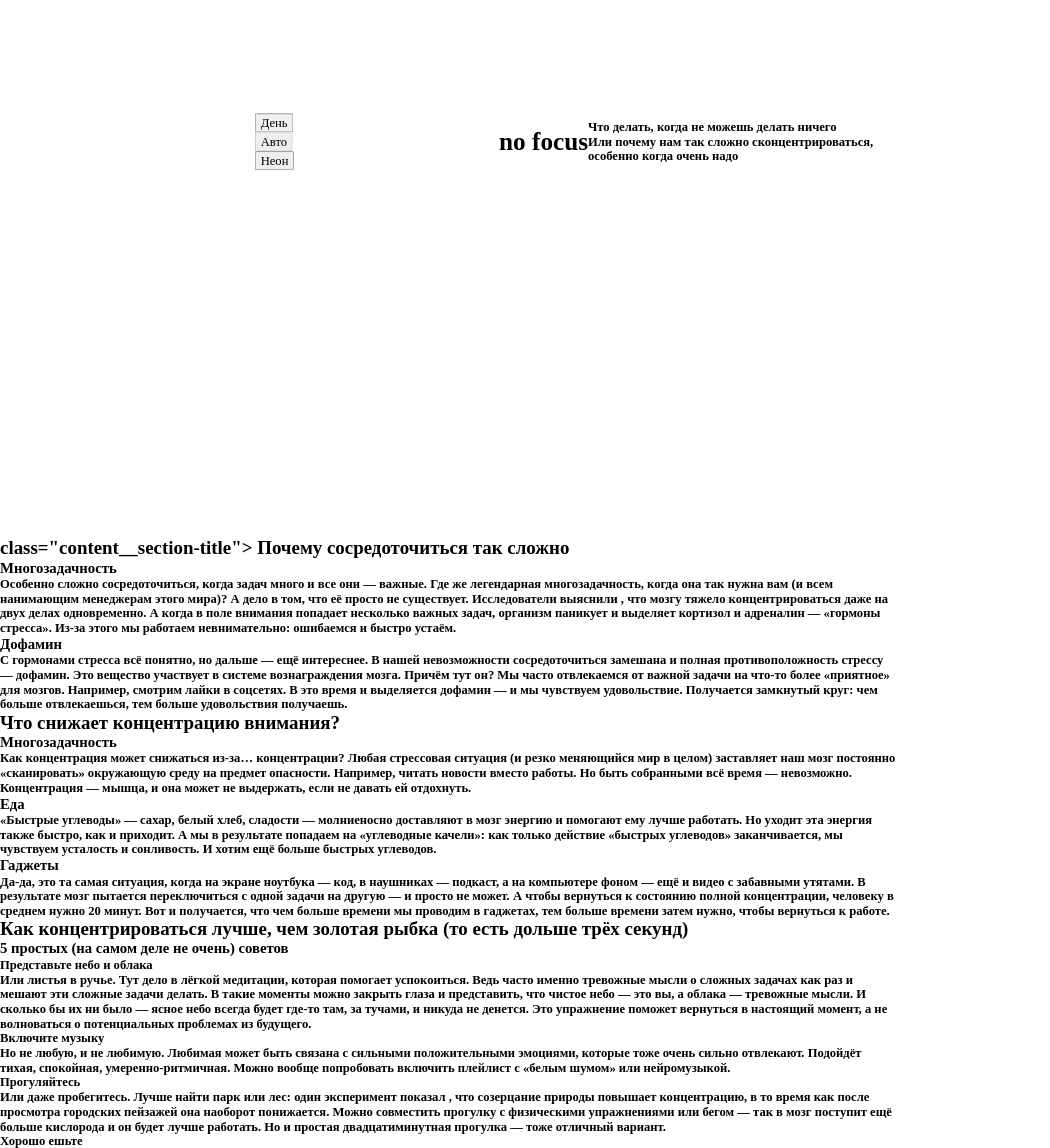
Repository: NikWolf75/slozhno-sosredotochitsya-fd
Page: index.html
These files come from the project's save history. The page is drawn as it stood at one moment and after the next save; the edit follows.
The browser window is 1280 px wide. The page is 1500 px wide, so the pictures cover 1500 px, including what lies to the right of the window. The pictures show the part of the page from y = 0 to 1640 px (the page is 4833 px tall), at 70% of full size.

Above is the page before, as saved 2025-02-26 11:45:24.

### index.html
<!DOCTYPE html>
<html lang="ru">
  <head>
    <meta charset="UTF-8" />
    <meta http-equiv="X-UA-Compatible" content="IE=edge" />
    <meta name="viewport" content="width=device-width, initial-scale=1.0" />
    <meta name="color-scheme" content="dark light" />
    <link rel="stylesheet" href=".fonts/fonts.css" />
    <link rel="stylesheet" href=".styles/globals.css" />
    <link rel="stylesheet" href="./styles/variables.css" />
    <link rel="stylesheet" href="./styles/style.css" />
    <link rel="stylesheet" href="./styles/dark.css" />
    <link rel="stylesheet" href="./styles/light.css" />
    <link rel="icon" href="image/favicon.ico" />
    <title>Сложно сосредоточиться</title>
    <script src="./scripts/script.js"></script>
  </head>
  <body class="page">
    <div class="rec_element" aria-hidden="true"></div>
    <header class="header decorated-zone">
      <nav class="header__theme-menu">
        <ul class="header__theme-menu-list">
          <li class="header__theme-menu-item">
            <button
              class="header__theme-menu-button header__theme-menu-button_type_light"
            >
              День
            </button>
          </li>
          <li class="header__theme-menu-item">
            <button
              class="header__theme-menu-button header__theme-menu-button_active header__theme-menu-button_type_auto"
              disabled
            >
              Авто
            </button>
          </li>
          <li class="header__theme-menu-item">
            <button
              class="header__theme-menu-button header__theme-menu-button_type_dark"
            >
              Неон
            </button>
          </li>
        </ul>
      </nav>
      <h1 class="header__title">no focus</h1>
      <div class="header__undertitle title-decor">
        <p>Что делать, когда не можешь делать ничего</p>
        <p>
          Или почему нам так сложно сконцентрироваться, особенно когда очень
          надо
        </p>
      </div>
    </header>
    <main class="content">
      <section class="content__section content__why">
        <h2>
          class="content__section-title"> Почему сосредоточиться так сложно
        </h2>
        <article class="content__section-text_block">
          <h3 class="content__section-text_block-undertitle title-decor">
            Многозадачность
          </h3>
          <p class="content__section-text_block-text">
            Особенно сложно сосредоточиться, когда задач много и все они —
            важные. Где же легендарная многозадачность, когда она так нужна вам
            (и всем нанимающим менеджерам этого мира)? А дело в том, что её
            просто не существует. Исследователи выяснили , что мозгу тяжело
            концентрироваться даже на двух делах одновременно. А когда в поле
            внимания попадает несколько важных задач, организм паникует и
            выделяет кортизол и адреналин — «гормоны стресса». Из-за этого мы
            работаем невнимательно: ошибаемся и быстро устаём.
          </p>
        </article>
        <article class="content__section-text_block">
          <h3 class="content__section-text_block-undertitle title-decor">
            Дофамин
          </h3>
          <p class="content__section-text_block-text">
            С гормонами стресса всё понятно, но дальше — ещё интереснее. В нашей
            невозможности сосредоточиться замешана и полная противоположность
            стрессу — дофамин. Это вещество участвует в системе вознаграждения
            мозга. Причём тут он? Мы часто отвлекаемся от важной задачи на
            что-то более «приятное» для мозгов. Например, смотрим лайки в
            соцсетях. В это время и выделяется дофамин — и мы чувствуем
            удовольствие. Получается замкнутый круг: чем больше отвлекаешься,
            тем больше удовольствия получаешь.
          </p>
        </article>
      </section>
      <section class="content__section content__what">
        <h2 class="content__section-title">
          Что снижает концентрацию внимания?
        </h2>
        <article class="content__section-text_block">
          <h3 class="content__section-text_block">Многозадачность</h3>
          <p class="content__section-item-text">
            Как концентрация может снижаться из-за… концентрации? Любая
            стрессовая ситуация (и резко меняющийся мир в целом) заставляет наш
            мозг постоянно «сканировать» окружающую среду на предмет опасности.
            Например, читать новости вместо работы. Но быть собранными всё время
            — невозможно. Концентрация — мышца, и она может не выдержать, если
            не давать ей отдохнуть.
          </p>
        </article>
        <article class="content__section-text_block">
          <h3 class="content__section-text_block-undertitle title-decor">
            Еда
          </h3>
          <p class="content__section-text_block-text">
            «Быстрые углеводы» — сахар, белый хлеб, сладости — молниеносно
            доставляют в мозг энергию и помогают ему лучше работать. Но уходит
            эта энергия также быстро, как и приходит. А мы в результате попадаем
            на «углеводные качели»: как только действие «быстрых углеводов»
            заканчивается, мы чувствуем усталость и сонливость. И хотим ещё
            больше быстрых углеводов.
          </p>
        </article>
        <article class="content__section-text_block">
          <h3 class="content__section-text_block-undertitle title-decor">
            Гаджеты
          </h3>
          <p class="content__section-text_block-text">
            Да-да, это та самая ситуация, когда на экране ноутбука — код, в
            наушниках — подкаст, а на компьютере фоном — ещё и видео с забавными
            утятами. В результате мозг пытается переключиться с одной задачи на
            другую — и просто не может. А чтобы вернуться к состоянию полной
            концентрации, человеку в среднем нужно 20 минут. Вот и получается,
            что чем больше времени мы проводим в гаджетах, тем больше времени
            затем нужно, чтобы вернуться к работе.
          </p>
        </article>
      </section>
      <section class="content__section content_how">
        <h2 class="content__section-title">
          Как концентрироваться лучше, чем золотая рыбка (то есть дольше трёх
          секунд)
        </h2>
        <article class="content__section-text_block">
          <h3
            class="content__section-text_block-undertitle tips-undertitle title-decor"
          >
            5 простых (на самом деле не очень) советов
          </h3>
          <h4 class="content__section-text_block-undertitle tips-undertitle">
            Представьте небо и облака
          </h4>
          <p class="content__section-text_block-text">
            Или листья в ручье. Тут дело в лёгкой медитации, которая помогает
            успокоиться. Ведь часто именно тревожные мысли о сложных задачах как
            раз и мешают эти сложные задачи делать. В такие моменты можно
            закрыть глаза и представить, что чистое небо — это вы, а облака —
            тревожные мысли. И сколько бы их ни было — ясное небо всегда будет
            где-то там, за тучами, и никуда не денется. Это упражнение поможет
            вернуться в настоящий момент, а не волноваться о потенциальных
            проблемах из будущего.
          </p>
        </article>
        <article class="content__section-text_block">
          <h4 class="content__section-text_block-undertitle title-decor">
            Включите музыку
          </h4>
          <p class="content__section-text_block-text">
            Но не любую, и не любимую. Любимая может быть связана с сильными
            положительными эмоциями, которые тоже очень сильно отвлекают.
            Подойдёт тихая, спокойная, умеренно-ритмичная. Можно вообще
            попробовать включить плейлист с «белым шумом» или нейромузыкой.
          </p>
        </article>
        <article class="content__section-text_block">
          <h4 class="content__section-text_block-undertitle title-decor">
            Прогуляйтесь
          </h4>
          <p class="content__section-text_block-text">
            Или даже пробегитесь. Лучше найти парк или лес: один эксперимент
            показал , что созерцание природы повышает концентрацию, в то время
            как после просмотра городских пейзажей она наоборот понижается.
            Можно совместить прогулку с физическими упражнениями или бегом — так
            в мозг поступит ещё больше кислорода и он будет лучше работать. Но и
            простая двадцатиминутная прогулка — тоже отличный вариант.
          </p>
        </article>
        <article class="content__section-text_block">
          <h4 class="content__section-text_block-undertitle title-decor">
            Хорошо ешьте
          </h4>
          <p class="content__section-text_block-text">
            Мы — не ваша бабушка, но это правда важно. Выбирайте продукты,
            которые препятствуют резким скачкам сахара в крови. Например, с
            высоким содержанием клетчатки: овощи, ягоды, бобовые (нут, чечевица,
            фасоль), коричневый рис, хлеб из цельнозерновой пшеницы.
          </p>
        </article>
        <article class="content__section-text_block">
          <h4 class="content__section-text_block-undertitle title-decor">
            Читайте
          </h4>
          <p class="content__section-text_block-text">
            Настоящие бумажные книги. Это правда помогает с концентрацией: чтобы
            прочитать пост в соцсети, достаточно нескольких минут или даже
            секунд. А вот интересная книга способна затянуть и на несколько
            часов и круто тренирует направленное внимание.
          </p>
        </article>
      </section>
      <section class="content__section content__gallery">
        <h2 class="content__section-text_block-undertitle title-decor">
          А можно в картинках?
        </h2>
        <div class="content_section-images_gallery">
          <img
            class="content__section-image"
            src="./images/sunset.png"
            alt="Вид острова на закате"
            loading="lazy"
          />
          <img
            class="content__section-image"
            src="./images/ice-cream.png"
            alt="Чаша с мороженным"
            loading="lazy"
          />
          <img
            class="content__section-image"
            src="./images/tape.png"
            alt="Кассета"
            loading="lazy"
          />
          <img
            class="content__section-image"
            src="./images/books.png"
            alt="Стопка книг"
            loading="lazy"
          />
          <img
            class="content__section-image"
            src="./images/street.png"
            alt="Улица"
            loading="lazy"
          />
        </div>
      </section>
    </main>
    <footer class="footer decorated-zone">
      <h2 class="footer_title">focus</h2>
    </footer>
  </body>
</html>

### styles/style.css
.page {
  display: flex;
  flex-direction: column;
  font-family: var(--main-font, 'IBM Plex mono') monospace;
  font-size: 18px;
  block-size: min-content;
  position: relative;
  font-weight: 700;
  background-color: var(--main-background-color);
  background-image: var(--main-background-image);
  background-repeat: no-repeat;
  background-attachment: fixed;
  background-position: center;
  background-size: cover;
 }

 .header {
  display: grid;
  grid-template-columns: repeat(3, 1fr);
  grid-template-rows: 1fr min-content 1fr;
  justify-items: end;
  align-items: center;
  position: relative;
  block-size: max(668px, 100vh);
 }

 @media (width >= 768px) {
    .header {
      block-size: max(1024px, 100vh);
      padding: 20px 20px 20px 0;
    }
 }

 @media (width >= 1024px) {
  .header {
    block-size: max(768px, 100vh);
  }
}

.header__title {
  font-size: ;
}

### scripts/script.js
(function initTheme() {
  const theme = localStorage.getItem('theme');
  if (theme) {
    setTheme(theme);
  }
})();

document.addEventListener('DOMContentLoaded', () => {
  const currentTheme = [...document.documentElement.classList]
    .find((cn) => cn.startsWith('theme-'))
    ?.replace('theme-', '');
  const themeButtons = [
    ...document.querySelectorAll('.header__theme-menu-button'),
  ];
  setActiveButton(themeButtons, currentTheme);

  themeButtons.forEach((button) => {
    button.addEventListener('click', () => {
      const chosenTheme = [...button.classList]
        .find((cn) => cn.includes('_type_'))
        .split('_type_')[1];
      setTheme(chosenTheme);
      setActiveButton(themeButtons, chosenTheme);
    });
  });
});

function setTheme(theme) {
  document.documentElement.className = '';
  document.documentElement.classList.add(`theme-${theme}`);
  localStorage.setItem('theme', theme);
}

function setActiveButton(buttonsArray, theme) {
  buttonsArray.forEach((button) => {
    button.classList.remove('header__theme-menu-button_active');
    button.removeAttribute('disabled');
  });
  const target = buttonsArray.find((button) =>
    button.classList.contains(`header__theme-menu-button_type_${theme}`)
  );
  if (target) {
    target.classList.add('header__theme-menu-button_active');
    target.setAttribute('disabled', true);
  } else {
    const autoButton = document.querySelector(
      '.header__theme-menu-button_type_auto'
    );
    autoButton.classList.add('header__theme-menu-button_active');
    autoButton.setAttribute('disabled', true);
  }
}

Loaded but not shown: fonts/fonts.css (common file); styles/globals.css (common file); styles/variables.css (common file); styles/dark.css (common file); styles/light.css (common file)

After the next save:
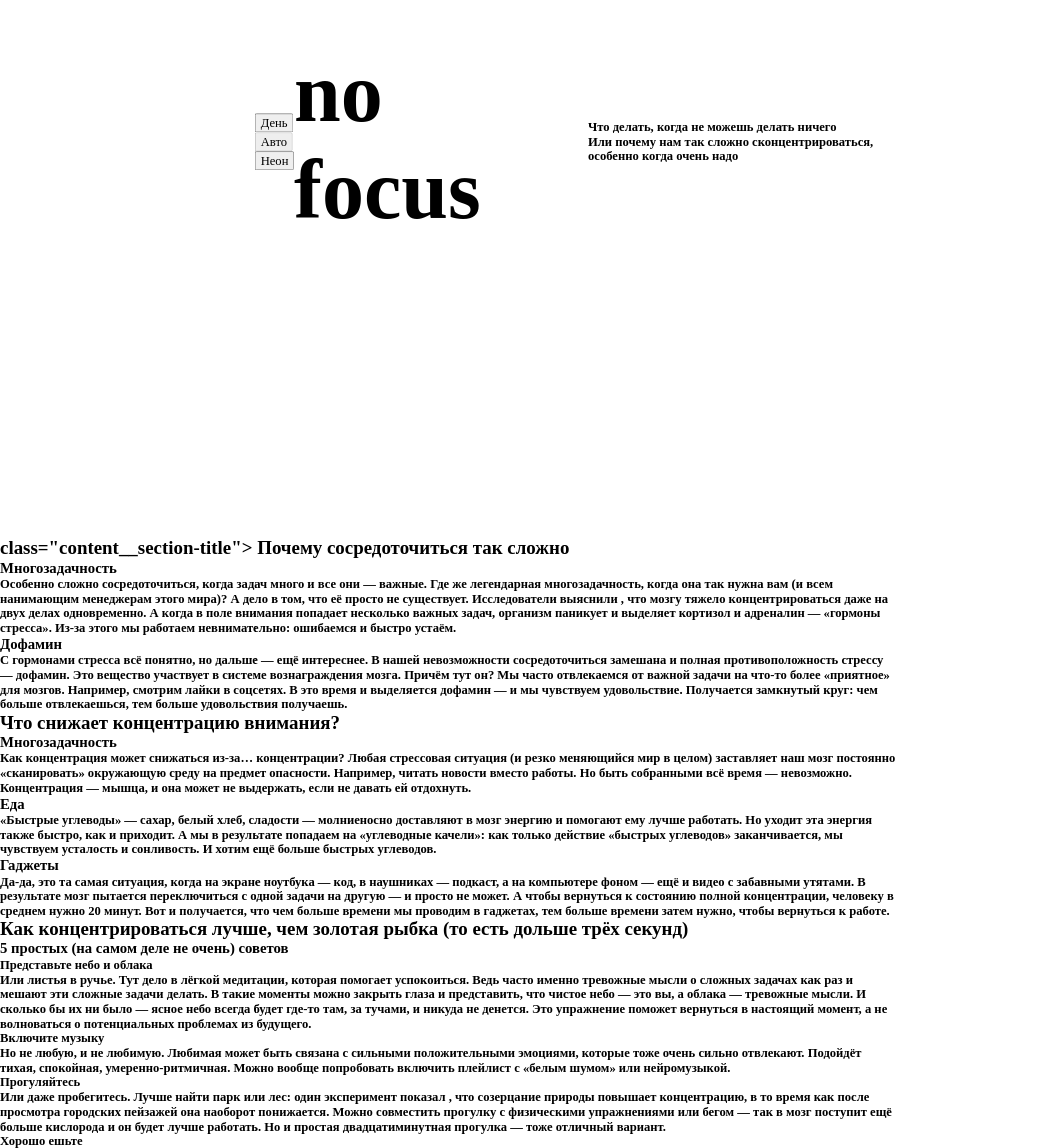
Saved 41 s later.
--- a/styles/style.css
+++ b/styles/style.css
@@ -38,5 +38,5 @@
 }
 
 .header__title {
-  font-size: ;
+  font-size: clamp(7.25rem, 7.0115rem + 1.0178vw, 7.5rem);
 }
